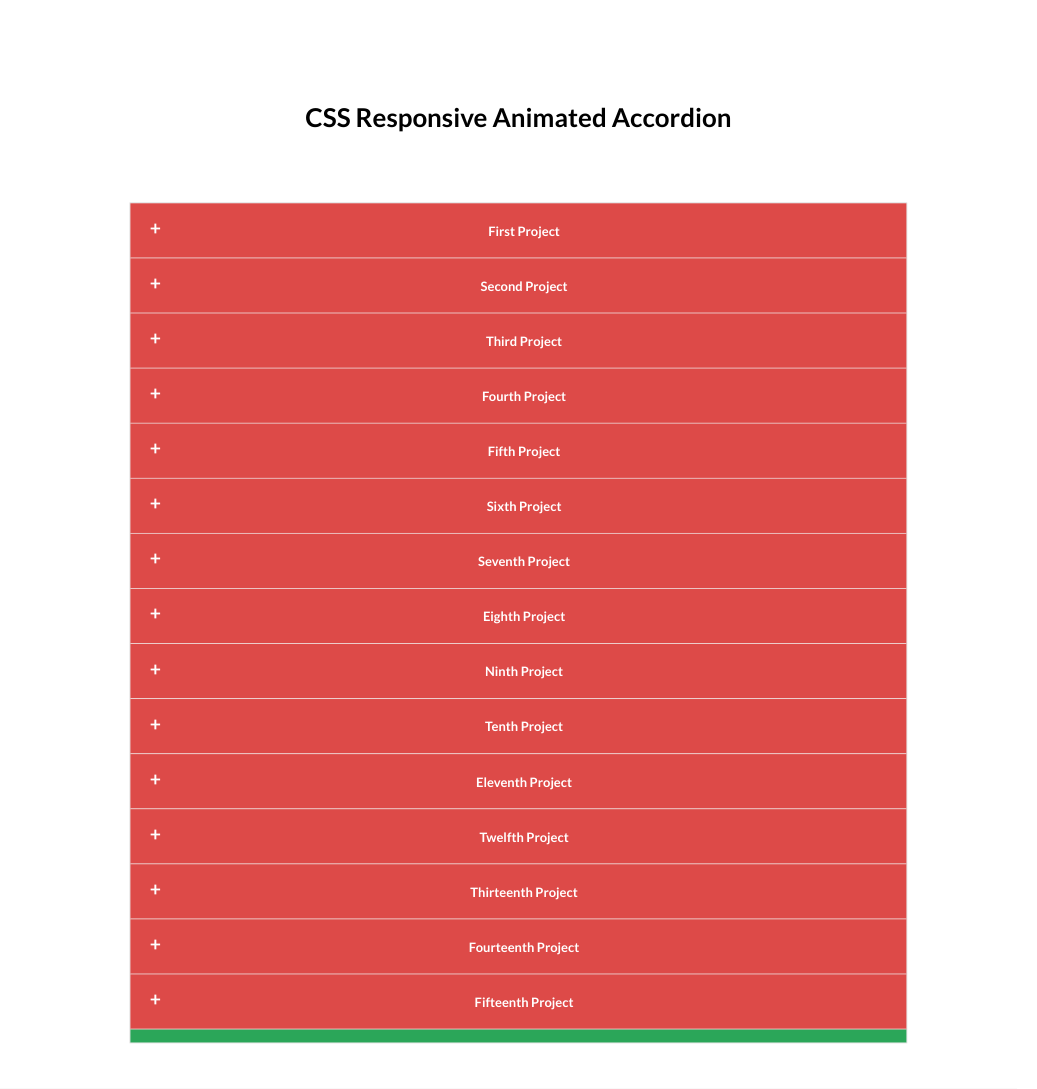
Repository: Imprasna/personalperform
Page: index.html
The author's editor kept a copy of each file at every save. The page is drawn from the files as they stood at one save, then again after the next save.
The browser window is 1280 px wide. The pictures show the whole page, at 81% of full size.
The style sheet was rebuilt from its Sass, Less or Tailwind sources for each picture, by a compiler version that may differ from the author's.

Above is the page before, as saved 2021-12-30 22:38:59.

### index.html
<!DOCTYPE html>
<html lang="en">

<head>
    <meta charset="UTF-8">
    <meta http-equiv="X-UA-Compatible" content="IE=edge">
    <meta name="viewport" content="width=device-width, initial-scale=1.0">
    <link rel="stylesheet" href="css/accordion.css">
    <title>Prasanna's Performance Tests</title>
</head>

<body>
    <div class="container">
        <h1 class="heading-primary">CSS Responsive Animated Accordion</h1>
        <div class="accordion">
            <dl>
                <dt>
                    <a href="#accordion1" aria-expanded="false" aria-controls="accordion1"
                        class="accordion-title accordionTitle js-accordionTrigger">First Project</a>
                </dt>
                <dd class="accordion-content accordionItem is-collapsed" id="accordion1" aria-hidden="true">
                    <p>Project Name : Gedee Public School.</p>
                    <p>No. of Days: 6 Months.</p>
                    <p>ToolS Used: HTML / CSS / JavaScript.</p>
                    <p>The time I joined the Company, this has been the first project that has been handed to me. Since I had no touch to whatever I learnt previously. It took me nearly 6 months and also due to the delay of contents from the client it took me so long in getting this project completed.
                    </p>
                </dd>
                <dt>
                    <a href="#accordion2" aria-expanded="false" aria-controls="accordion2"
                        class="accordion-title accordionTitle js-accordionTrigger">
                        Second Project</a>
                </dt>
                <dd class="accordion-content accordionItem is-collapsed" id="accordion2" aria-hidden="true">
                    <p>Project Name : Signatures.</p>
                    <p>No. of Days: 18 Days.</p>
                    <p>ToolS Used: Webflow.</p>
                    <p>The time I joined the Company, this has been the first project that has been handed to me. Since I had no touch to whatever I learnt previously. It took me nearly 6 months and also due to the delay of contents from the client it took me so long in getting this project completed.
                    </p>
                </dd>

                <dt>
                    <a href="#accordion3" aria-expanded="false" aria-controls="accordion3"
                        class="accordion-title accordionTitle js-accordionTrigger">
                        Third Project
                    </a>
                </dt>
                <dd class="accordion-content accordionItem is-collapsed" id="accordion3" aria-hidden="true">
                    <p>Project Name : CMK.</p>
                    <p>No. of Days: 18 Days.</p>
                    <p>ToolS Used: Webflow.</p>
                    <p>The time I joined the Company, this has been the first project that has been handed to me. Since I had no touch to whatever I learnt previously. It took me nearly 6 months and also due to the delay of contents from the client it took me so long in getting this project completed.
                    </p>
                </dd>

                <dt>
                    <a href="#accordion3" aria-expanded="false" aria-controls="accordion3"
                        class="accordion-title accordionTitle js-accordionTrigger">
                        Fourth Project
                    </a>
                </dt>
                <dd class="accordion-content accordionItem is-collapsed" id="accordion3" aria-hidden="true">
                    <p>Project Name : Triniva.</p>
                    <p>No. of Days: 18 Days.</p>
                    <p>ToolS Used: Webflow.</p>
                    <p>The time I joined the Company, this has been the first project that has been handed to me. Since I had no touch to whatever I learnt previously. It took me nearly 6 months and also due to the delay of contents from the client it took me so long in getting this project completed.
                    </p>
                </dd>

                <dt>
                    <a href="#accordion3" aria-expanded="false" aria-controls="accordion3"
                        class="accordion-title accordionTitle js-accordionTrigger">
                        Fifth Project
                    </a>
                </dt>
                <dd class="accordion-content accordionItem is-collapsed" id="accordion3" aria-hidden="true">
                    <p>Project Name : CACPL - Landing.</p>
                    <p>No. of Days: 18 Days.</p>
                    <p>ToolS Used: Webflow.</p>
                    <p>The time I joined the Company, this has been the first project that has been handed to me. Since I had no touch to whatever I learnt previously. It took me nearly 6 months and also due to the delay of contents from the client it took me so long in getting this project completed.
                    </p>
                </dd>

                <dt>
                    <a href="#accordion3" aria-expanded="false" aria-controls="accordion3"
                        class="accordion-title accordionTitle js-accordionTrigger">
                        Sixth Project
                    </a>
                </dt>
                <dd class="accordion-content accordionItem is-collapsed" id="accordion3" aria-hidden="true">
                    <p>Project Name : CACPL.</p>
                    <p>No. of Days: 18 Days.</p>
                    <p>ToolS Used: Webflow.</p>
                    <p>The time I joined the Company, this has been the first project that has been handed to me. Since I had no touch to whatever I learnt previously. It took me nearly 6 months and also due to the delay of contents from the client it took me so long in getting this project completed.
                    </p>
                </dd>

                <dt>
                    <a href="#accordion3" aria-expanded="false" aria-controls="accordion3"
                        class="accordion-title accordionTitle js-accordionTrigger">
                        Seventh Project
                    </a>
                </dt>
                <dd class="accordion-content accordionItem is-collapsed" id="accordion3" aria-hidden="true">
                    <p>Project Name : Consolidated One.</p>
                    <p>No. of Days: 18 Days.</p>
                    <p>ToolS Used: Webflow.</p>
                    <p>The time I joined the Company, this has been the first project that has been handed to me. Since I had no touch to whatever I learnt previously. It took me nearly 6 months and also due to the delay of contents from the client it took me so long in getting this project completed.
                    </p>
                </dd>

                <dt>
                    <a href="#accordion3" aria-expanded="false" aria-controls="accordion3"
                        class="accordion-title accordionTitle js-accordionTrigger">
                        Eighth Project
                    </a>
                </dt>
                <dd class="accordion-content accordionItem is-collapsed" id="accordion3" aria-hidden="true">
                    <p>Project Name : Atlas Pain Care.</p>
                    <p>No. of Days: 18 Days.</p>
                    <p>ToolS Used: Webflow.</p>
                    <p>The time I joined the Company, this has been the first project that has been handed to me. Since I had no touch to whatever I learnt previously. It took me nearly 6 months and also due to the delay of contents from the client it took me so long in getting this project completed.
                    </p>
                </dd>

                <dt>
                    <a href="#accordion3" aria-expanded="false" aria-controls="accordion3"
                        class="accordion-title accordionTitle js-accordionTrigger">
                        Ninth Project
                    </a>
                </dt>
                <dd class="accordion-content accordionItem is-collapsed" id="accordion3" aria-hidden="true">
                    <p>Project Name : LMW MTD.</p>
                    <p>No. of Days: 18 Days.</p>
                    <p>ToolS Used: Webflow.</p>
                    <p>The time I joined the Company, this has been the first project that has been handed to me. Since I had no touch to whatever I learnt previously. It took me nearly 6 months and also due to the delay of contents from the client it took me so long in getting this project completed.
                    </p>
                </dd>

                <dt>
                    <a href="#accordion3" aria-expanded="false" aria-controls="accordion3"
                        class="accordion-title accordionTitle js-accordionTrigger">
                        Tenth Project
                    </a>
                </dt>
                <dd class="accordion-content accordionItem is-collapsed" id="accordion3" aria-hidden="true">
                    <p>Project Name : Lobien.</p>
                    <p>No. of Days: 18 Days.</p>
                    <p>ToolS Used: Webflow.</p>
                    <p>The time I joined the Company, this has been the first project that has been handed to me. Since I had no touch to whatever I learnt previously. It took me nearly 6 months and also due to the delay of contents from the client it took me so long in getting this project completed.
                    </p>
                </dd>

                <dt>
                    <a href="#accordion3" aria-expanded="false" aria-controls="accordion3"
                        class="accordion-title accordionTitle js-accordionTrigger">
                        Eleventh Project
                    </a>
                </dt>
                <dd class="accordion-content accordionItem is-collapsed" id="accordion3" aria-hidden="true">
                    <p>Project Name : AJK Nursing Landing.</p>
                    <p>No. of Days: 18 Days.</p>
                    <p>ToolS Used: Webflow.</p>
                    <p>The time I joined the Company, this has been the first project that has been handed to me. Since I had no touch to whatever I learnt previously. It took me nearly 6 months and also due to the delay of contents from the client it took me so long in getting this project completed.
                    </p>
                </dd>

                <dt>
                    <a href="#accordion3" aria-expanded="false" aria-controls="accordion3"
                        class="accordion-title accordionTitle js-accordionTrigger">
                        Twelfth Project
                    </a>
                </dt>
                <dd class="accordion-content accordionItem is-collapsed" id="accordion3" aria-hidden="true">
                    <p>Project Name : Fenzgard.</p>
                    <p>No. of Days: 18 Days.</p>
                    <p>ToolS Used: Webflow.</p>
                    <p>The time I joined the Company, this has been the first project that has been handed to me. Since I had no touch to whatever I learnt previously. It took me nearly 6 months and also due to the delay of contents from the client it took me so long in getting this project completed.
                    </p>
                </dd>

                <dt>
                    <a href="#accordion3" aria-expanded="false" aria-controls="accordion3"
                        class="accordion-title accordionTitle js-accordionTrigger">
                        Thirteenth Project
                    </a>
                </dt>
                <dd class="accordion-content accordionItem is-collapsed" id="accordion3" aria-hidden="true">
                    <p>Project Name : Ethinic.</p>
                    <p>No. of Days: 18 Days.</p>
                    <p>ToolS Used: Webflow.</p>
                    <p>The time I joined the Company, this has been the first project that has been handed to me. Since I had no touch to whatever I learnt previously. It took me nearly 6 months and also due to the delay of contents from the client it took me so long in getting this project completed.
                    </p>
                </dd>

                <dt>
                    <a href="#accordion3" aria-expanded="false" aria-controls="accordion3"
                        class="accordion-title accordionTitle js-accordionTrigger">
                        Fourteenth Project
                    </a>
                </dt>
                <dd class="accordion-content accordionItem is-collapsed" id="accordion3" aria-hidden="true">
                    <p>Project Name : Bio-enercon.</p>
                    <p>No. of Days: 18 Days.</p>
                    <p>ToolS Used: Webflow.</p>
                    <p>The time I joined the Company, this has been the first project that has been handed to me. Since I had no touch to whatever I learnt previously. It took me nearly 6 months and also due to the delay of contents from the client it took me so long in getting this project completed.
                    </p>
                </dd>

                <dt>
                    <a href="#accordion3" aria-expanded="false" aria-controls="accordion3"
                        class="accordion-title accordionTitle js-accordionTrigger">
                        Fifteenth Project
                    </a>
                </dt>
                <dd class="accordion-content accordionItem is-collapsed" id="accordion3" aria-hidden="true">
                    <p>Project Name : Suguna Groups.</p>
                    <p>No. of Days: 18 Days.</p>
                    <p>ToolS Used: Webflow.</p>
                    <p>The time I joined the Company, this has been the first project that has been handed to me. Since I had no touch to whatever I learnt previously. It took me nearly 6 months and also due to the delay of contents from the client it took me so long in getting this project completed.
                    </p>
                </dd>

            </dl>
        </div>
    </div>

    <script src="app.js"></script>
</body>

</html>

### app.js
//uses classList, setAttribute, and querySelectorAll
//if you want this to work in IE8/9 youll need to polyfill these
(function(){
	var d = document,
	accordionToggles = d.querySelectorAll('.js-accordionTrigger'),
	setAria,
	setAccordionAria,
	switchAccordion,
  touchSupported = ('ontouchstart' in window),
  pointerSupported = ('pointerdown' in window);

  skipClickDelay = function(e){
    e.preventDefault();
    e.target.click();
  }

		setAriaAttr = function(el, ariaType, newProperty){
		el.setAttribute(ariaType, newProperty);
	};
	setAccordionAria = function(el1, el2, expanded){
		switch(expanded) {
      case "true":
      	setAriaAttr(el1, 'aria-expanded', 'true');
      	setAriaAttr(el2, 'aria-hidden', 'false');
      	break;
      case "false":
      	setAriaAttr(el1, 'aria-expanded', 'false');
      	setAriaAttr(el2, 'aria-hidden', 'true');
      	break;
      default:
				break;
		}
	};
//function
switchAccordion = function(e) {
  console.log("triggered");
	e.preventDefault();
	var thisAnswer = e.target.parentNode.nextElementSibling;
	var thisQuestion = e.target;
	if(thisAnswer.classList.contains('is-collapsed')) {
		setAccordionAria(thisQuestion, thisAnswer, 'true');
	} else {
		setAccordionAria(thisQuestion, thisAnswer, 'false');
	}
  	thisQuestion.classList.toggle('is-collapsed');
  	thisQuestion.classList.toggle('is-expanded');
		thisAnswer.classList.toggle('is-collapsed');
		thisAnswer.classList.toggle('is-expanded');

  	thisAnswer.classList.toggle('animateIn');
	};
	for (var i=0,len=accordionToggles.length; i<len; i++) {
		if(touchSupported) {
      accordionToggles[i].addEventListener('touchstart', skipClickDelay, false);
    }
    if(pointerSupported){
      accordionToggles[i].addEventListener('pointerdown', skipClickDelay, false);
    }
    accordionToggles[i].addEventListener('click', switchAccordion, false);
  }
})();

### accordion.scss

//updated ver
* {
    box-sizing:border-box;
  }
  @import url(https://fonts.googleapis.com/css?family=Lato:400,700);
  body {

    font-family:'Lato';
  }
  .heading-primary {
    font-size:2em;
    padding:2em;
    text-align:center;
  }
  .accordion dl,
  .accordion-list {
     border:1px solid #ddd;
     &:after {
         content: "";
         display:block;
         height:1em;
         width:100%;
         background-color:darken(#38cc70, 10%);
       }
  }
  .accordion dd,
  .accordion__panel {
     background-color:#eee;
     font-size:1em;
     line-height:1.5em;
     height: auto;
  }
  .accordion p {
    padding: .2rem;
  }

  .accordion {
      position:relative;
      background-color:#eee;
  }
  .container {
    max-width:960px;
    margin:0 auto;
    padding:2em 0 2em 0;
  }
  .accordionTitle,
  .accordion__Heading {
   background-color:#DD4A48;
     text-align:center;
       font-weight:700;
            padding:1.5rem;
            display:block;
            text-decoration:none;
            color:#fff;
            transition:background-color 0.5s ease-in-out;
    border-bottom:1px solid darken(#fff, 5%);
    &:before {
     content: "+";
     font-size:1.5em;
     line-height:0.5em;
     float:left;
     transition: transform 0.3s ease-in-out;
    }
    &:hover {
      background-color:darken(#EC255A, 10%);
    }
  }
  .accordionTitleActive,
  .accordionTitle.is-expanded {
     background-color:darken(#4F091D, 10%);
     border-bottom:1px solid darken(#4F091D, 5%);
      &:before {

        transform:rotate(-225deg);
      }
  }
  .accordionItem {
      height:auto;
      overflow:hidden;
      //SHAME: magic number to allow the accordion to animate

       max-height:50em;
      transition:max-height 1s;


      @media screen and (min-width:48em) {
           max-height:20em;
          transition:max-height 0.5s

      }


  }

  .accordionItem.is-collapsed {
      max-height:0;
  }
  .no-js .accordionItem.is-collapsed {
    max-height: auto;
  }
  .animateIn {
       animation: accordionIn 0.45s normal ease-in-out both 1;
  }
  .animateOut {
       animation: accordionOut 0.45s alternate ease-in-out both 1;
  }
  @keyframes accordionIn {
    0% {
      opacity: 0;
      transform:scale(0.9) rotateX(-60deg);
      transform-origin: 50% 0;
    }
    100% {
      opacity:1;
      transform:scale(1);
    }
  }

  @keyframes accordionOut {
      0% {
         opacity: 1;
         transform:scale(1);
       }
       100% {
            opacity:0;
             transform:scale(0.9) rotateX(-60deg);
         }
  }

After the next save:
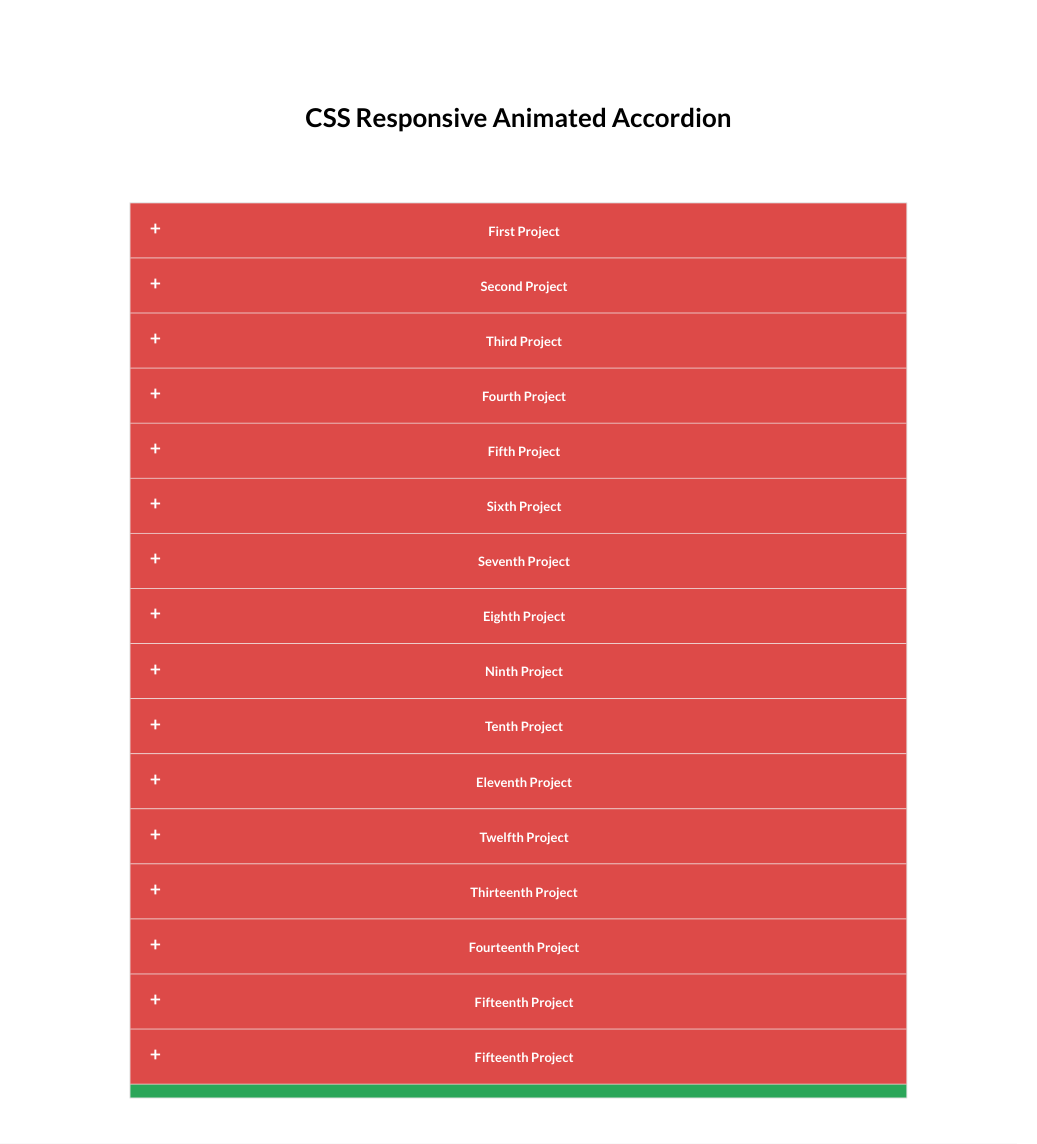
Saved 7 s later.
--- a/index.html
+++ b/index.html
@@ -220,6 +220,20 @@
                     </p>
                 </dd>
 
+                <dt>
+                    <a href="#accordion3" aria-expanded="false" aria-controls="accordion3"
+                        class="accordion-title accordionTitle js-accordionTrigger">
+                        Fifteenth Project
+                    </a>
+                </dt>
+                <dd class="accordion-content accordionItem is-collapsed" id="accordion3" aria-hidden="true">
+                    <p>Project Name : Suguna Groups.</p>
+                    <p>No. of Days: 18 Days.</p>
+                    <p>ToolS Used: Webflow.</p>
+                    <p>The time I joined the Company, this has been the first project that has been handed to me. Since I had no touch to whatever I learnt previously. It took me nearly 6 months and also due to the delay of contents from the client it took me so long in getting this project completed.
+                    </p>
+                </dd>
+
             </dl>
         </div>
     </div>
